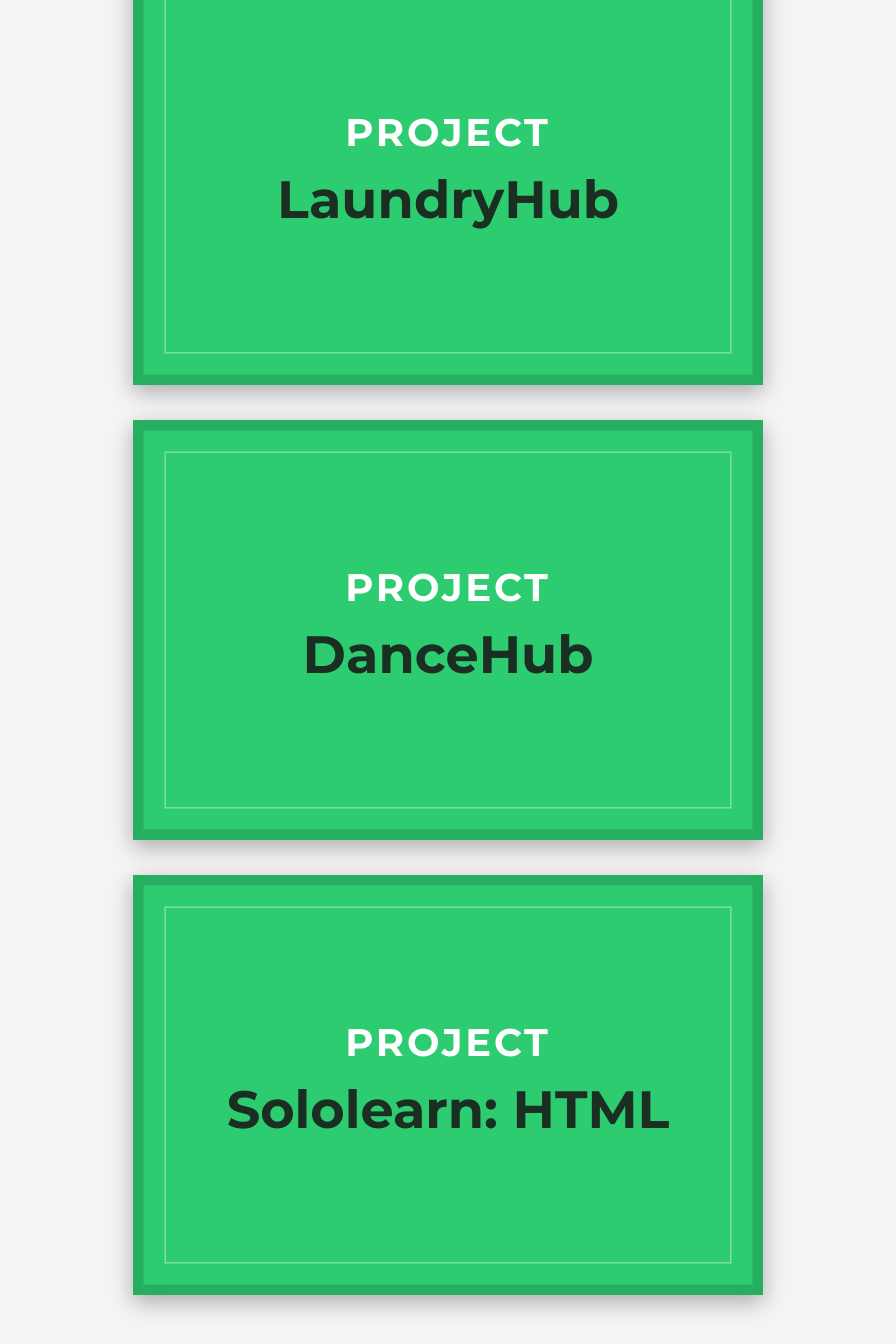
Repository: Priyadharshini-J-CSE/Priyadharshini-J-Portfolio
Page: index2.html
These files come from the project's save history. The page is drawn as it stood at one moment and after a run of saves; the edit follows.
The browser window is 1280 px wide. The pictures show the part of the page from y = 720 to 2640 px (the page is 2640 px tall), at 70% of full size.
Some web fonts or font styles are not loaded; a fallback is used.

Above is the page before, as saved 2026-01-23 21:12:45.

After the next 4 saves:
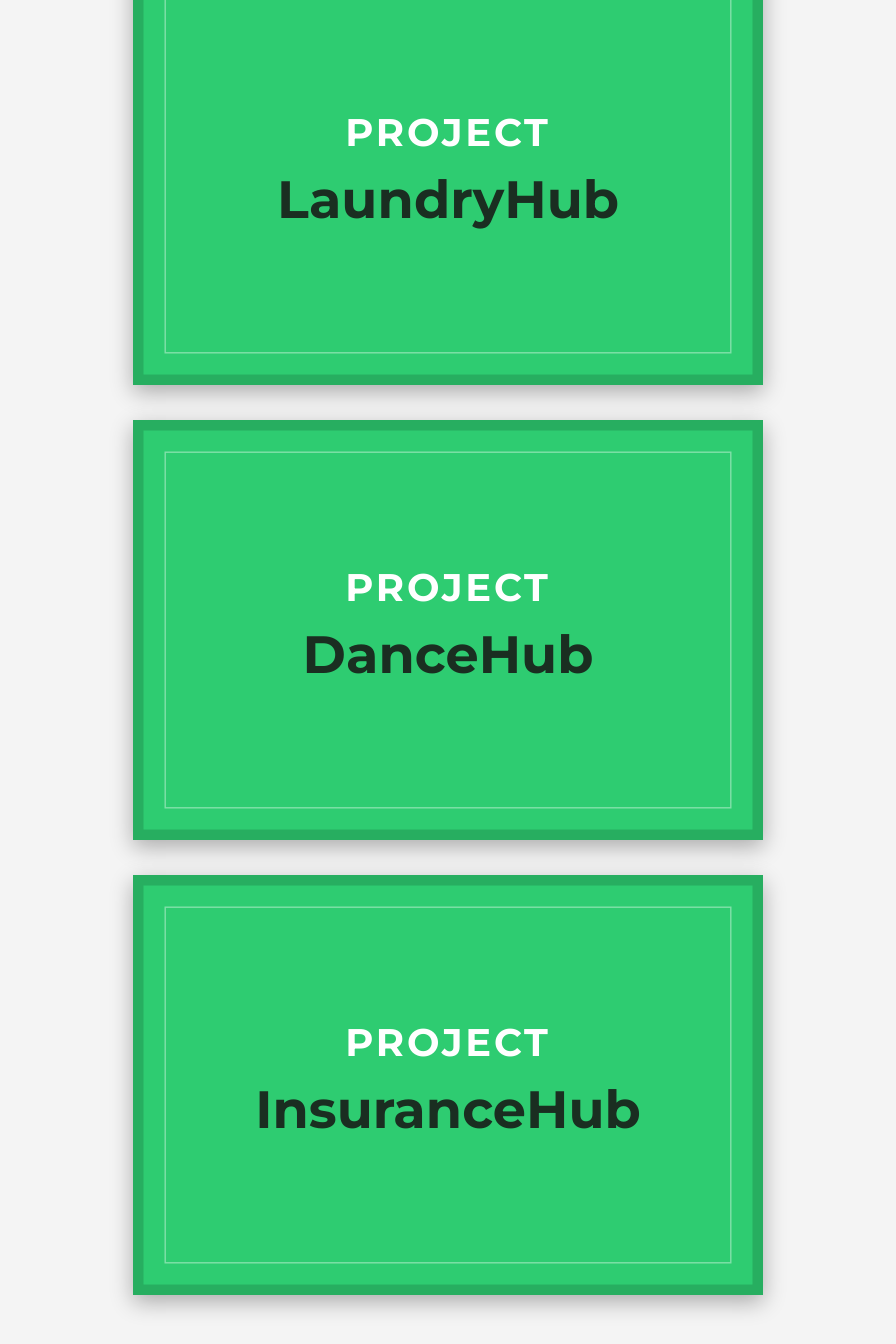
The 4 saves are shown as one change because they came seconds apart.
The last was saved 31 s later.
--- a/index2.html
+++ b/index2.html
@@ -95,7 +95,7 @@
         <div class="inner-frame">
             <h1 class="header">PROJECT</h1>
 
-            <div class="course-title">Sololearn: HTML</div>
+            <div class="course-title">InsuranceHub</div>
 
         </div>
     </div>
